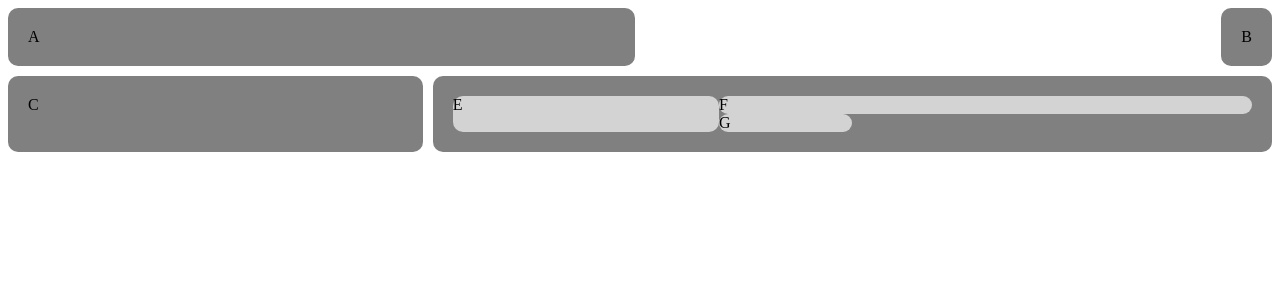
Repository: Yevhen94/nixhw
Page: fourth-lesson/index.html
The author's editor kept a copy of each file at every save. The page is drawn from the files as they stood at one save, then again after the next save.
The browser window is 1280 px wide. The pictures show the whole page.

Above is the page before, as saved 2022-02-08 16:06:45.

### fourth-lesson/index.html
<!DOCTYPE html>
<html lang="en">
  <head>
    <meta charset="UTF-8" />
    <meta http-equiv="X-UA-Compatible" content="IE=edge" />
    <meta name="viewport" content="width=device-width, initial-scale=1.0" />
    <link rel="stylesheet" href="./styles/index.css" />
    <title>Flex+Grid</title>
  </head>
  <body>
    <!-- <div class="first-ex">
      <div class="block block--yellow">
        <span>A</span>
      </div>
      <div class="block block--yellow">
        <span>B</span>
      </div>
      <div class="block block--yellow">
        <span>C</span>
      </div>
      <div class="block block--pink">
        <span>D</span>
      </div>
      <div class="block block--pink">
        <span>E</span>
      </div>
      <div class="block block--pink">
        <span>F</span>
      </div>
      <div class="block block--green">
        <span>G</span>
      </div>
      <div class="block block--green">
        <span>H</span>
      </div>
      <div class="block block--green">
        <span>I</span>
      </div>
      <div class="block block--blue">
        <span>J</span>
      </div>
      <div class="block block--blue">
        <span>K</span>
      </div>
      <div class="block block--blue">
        <span>L</span>
      </div>
    </div> -->
    <!-- <div class="second-ex">
      <div class="resp-block two-in-one">
        <span>A</span>
      </div>
      <div class="resp-block">
        <span>B</span>
      </div>
      <div class="resp-block">
        <span>C</span>
      </div>
      <div class="resp-block">
        <span>D</span>
      </div>
      <div class="resp-block">
        <span>E</span>
      </div>
      <div class="resp-block">
        <span>F</span>
      </div>
      <div class="resp-block four-in-one">
        <span>G</span>
      </div>
      <div class="resp-block">
        <span>H</span>
      </div>
      <div class="resp-block">
        <span>I</span>
      </div>
      <div class="resp-block">
        <span>J</span>
      </div>
      <div class="resp-block three-in-one">
        <span>K</span>
      </div>
      <div class="resp-block">
        <span>L</span>
      </div>
      <div class="resp-block">
        <span>M</span>
      </div>
    </div> -->
    <div class="third-ex">
      <div class="item">
        <span>A</span>
      </div>
      <div class="item">
        <span>B</span>
      </div>
      <div class="item two-row-item">
        <span>C</span>
      </div>
      <div class="item subgrid">
        <div class="subitem subitem-first">
          <span>E</span>
        </div>
        <div class="subitem">
          <span>F</span>
        </div>
        <div class="subitem">
          <span>G</span>
        </div>
      </div>
    </div>
  </body>
</html>

### fourth-lesson/styles/index.css
.first-ex {
  grid-template-columns: repeat(3, 1fr);
  display: grid;
  gap: 10px;
}

.block {
  justify-content: center;
  align-items: center;
  min-height: 150px;
  font-weight: bold;
  min-width: 150px;
  font-size: 30px;
  display: flex;
}

.block--yellow {
  background-color: yellow;
  justify-self: end;
}

.block--pink {
  background-color: pink;
  justify-self: start;
}

.block--green {
  background-color: lightgreen;
  justify-self: center;
}

.block--blue {
  background-color: lightblue;
}

.second-ex {
  grid-template-columns: repeat(auto-fill, minmax(200px, 1fr));
  display: grid;
  gap: 10px;
}

.resp-block {
  background-color: lightgrey;
  justify-content: center;
  align-items: center;
  border-radius: 20px;
  font-weight: bold;
  font-size: 30px;
  padding: 20px;
  display: flex;
}

.two-in-one {
  grid-column: 1 / span 2;
}

.four-in-one {
  grid-column-end: span 2;
  grid-row-end: span 2;
}

.three-in-one {
  grid-column-end: span 3;
}

.third-ex {
  grid-template-columns: repeat(6, 1fr);
  display: grid;
  gap: 10px;
}

.item {
  background-color: grey;
  border-radius: 10px;
  padding: 20px;
}

.item:nth-child(1) {
  grid-column-end: span 3;
}

.item:nth-child(2) {
  grid-column-end: span 3;
  justify-self: end;
}

.item:nth-child(3) {
  grid-column-end: span 2;
  grid-row-end: span 2;
}

.item:nth-child(4) {
  grid-column-end: span 4;
  grid-row-end: span 2;
}

.subgrid {
  /* grid-template-columns: subgrid;
  grid-template-rows: subgrid; */
  grid-template-columns: repeat(6, 1fr);
  display: grid;
}

.subitem {
  background-color: lightgray;
  border-radius: 10px;
}

.subitem:nth-child(1) {
  grid-row-end: span 2;
  grid-column-end: span 2;
}

.subitem:nth-child(2) {
  grid-column-end: span 4;
}

.subitem:nth-child(2) {
  grid-column-end: span 4;
}

After the next save:
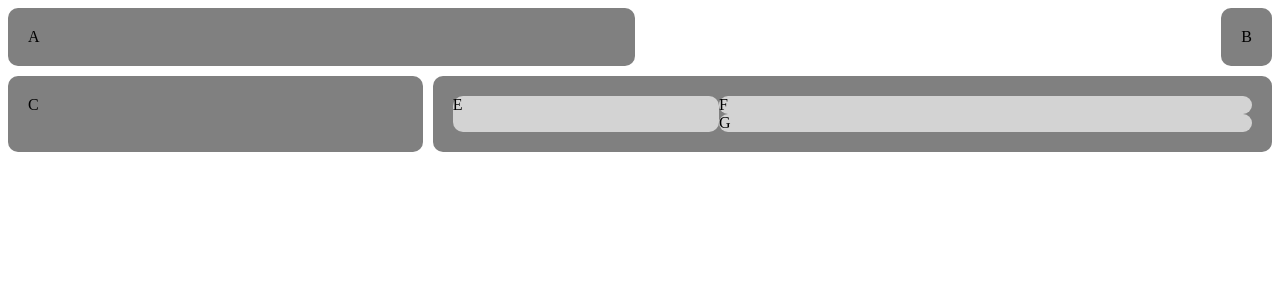
Saved 17 s later.
--- a/fourth-lesson/styles/index.css
+++ b/fourth-lesson/styles/index.css
@@ -115,6 +115,6 @@
   grid-column-end: span 4;
 }
 
-.subitem:nth-child(2) {
+.subitem:nth-child(3) {
   grid-column-end: span 4;
 }
